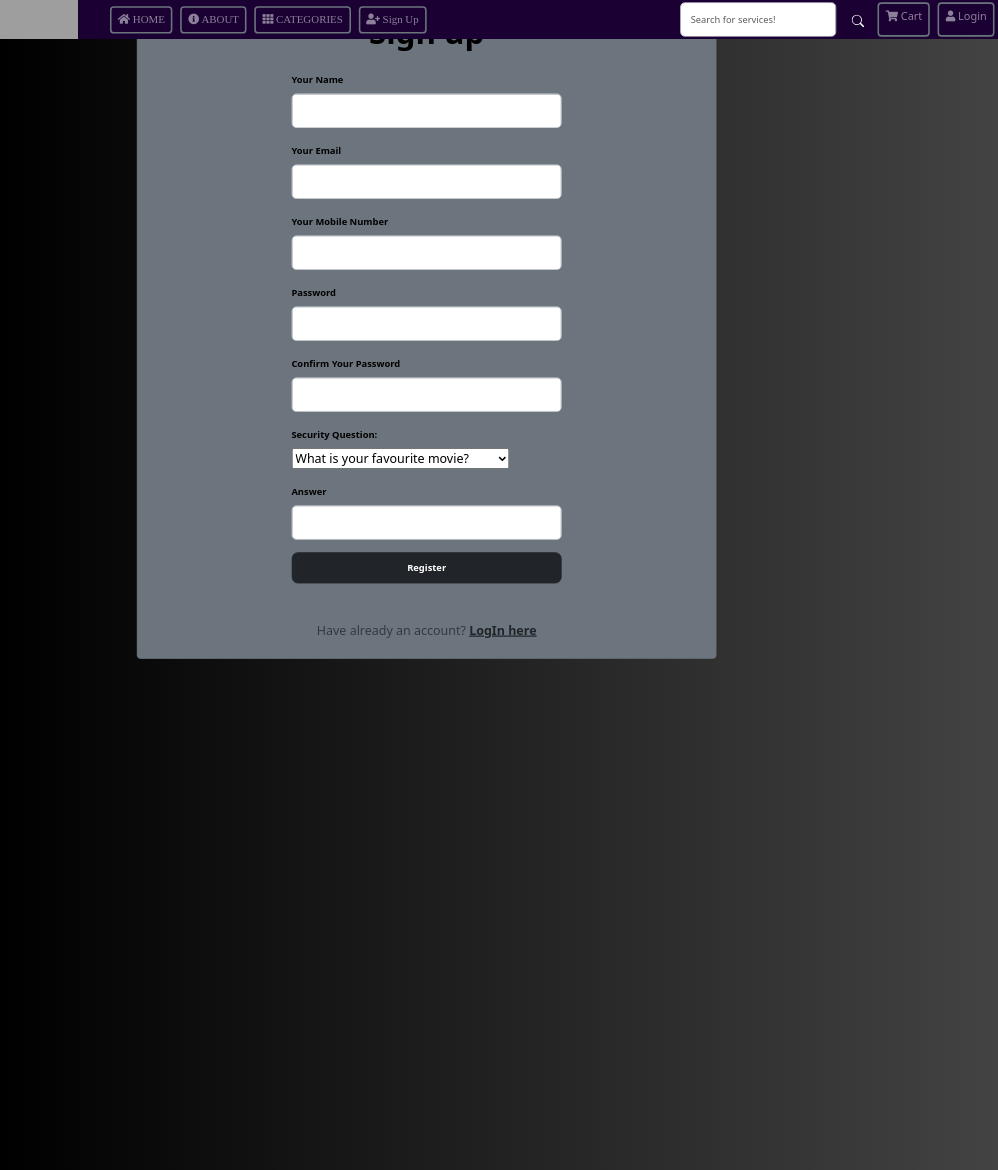
Repository: Ishanibmk/MOVIOT---An-OTT-Platform-using-Java-and-Springboot
Page: http://localhost/OTT/WEB-INF/view/signup.jsp
An editor plug-in stored every save of this project. The page is shown before and after the next save, followed by the edit.
The browser window is 1280 px wide. The pictures show the whole page, at 78% of full size.
Pictures or frames that could not be fetched are drawn as grey boxes. Some web libraries are served in a nearby version. The page is served by Tomcat 9. Nobody is signed in. Other server files are loaded and not shown. The template is opened directly, without the code that normally fills it, so the values that code supplies are empty.

Above is the page before, as saved 2024-03-02 14:19:35.

### Moviot/MOVIOT-main/ott/OTT/src/main/webapp/WEB-INF/view/signup.jsp
<%@ page language="java" contentType="text/html; charset=ISO-8859-1"
    pageEncoding="ISO-8859-1"%>
<jsp:include page="index_header.jsp" />
<!doctype html>
<html lang="en">
<head>
    <meta charset="utf-8">
    <meta name="viewport" content="width=device-width, initial-scale=1">
    <title>Registration Form For User</title>
    <link href="https://cdn.jsdelivr.net/npm/bootstrap@5.3.0-alpha1/dist/css/bootstrap.min.css" rel="stylesheet"
          integrity="sha384-GLhlTQ8iRABdZLl6O3oVMWSktQOp6b7In1Zl3/Jr59b6EGGoI1aFkw7cmDA6j6gD" crossorigin="anonymous">
    <style>
        body {
            background: linear-gradient(to right, #000000, #434343); /* Gradient background */
            color: #ffffff; /* White text color */
            min-height: 100vh; /* Ensure the background covers the full viewport height */
            margin: 0; /* Remove default margin */
            padding-top: 50px; /* Add padding on top */
        }
        .form-container {
            display: flex;
            justify-content: center;
            align-items: center;
            height: calc(100vh - 50px); /* Full viewport height minus padding */
        }
        .card {
        padding-top: 50px;
            max-width: calc(16vh * 9); /* Set maximum width for the card based on 9:16 ratio */
            width: 80%; /* Adjust the width of the card */
        }
        .form-label {
            font-size: 12px; /* Adjust font size of form labels */
        }
        .form-control {
            font-size: 12px; /* Adjust font size of form input fields */
            padding: 12px; /* Adjust padding of form input fields */
        }
        .btn-lg {
            font-size: 12px; /* Adjust font size of buttons */
            padding: 10px 20px; /* Adjust padding of buttons */
        }
    </style>
</head>
<body>
<section class="form-container">
    <div class="col-lg-12 col-xl-9" >
        <div class="card text-black bg-secondary">
            <div class="card-body p-md-4">
                <div class="row justify-content-center">
                    <div class="col-md-10 col-lg-8 col-xl-7 order-2 order-lg-1">
                        <p class="text-center h1 fw-bold mb-4 mx-1 mx-md-4 mt-3"><b>Sign up</b></p>
                        <form action="regprocess" method="post" class="mx-1 mx-md-4">




                            <div class="mb-3">
                                <label for="validationDefault01" class="form-label"><b>Your Name</b></label>
                                <input type="text" id="validationDefault01" name="uname" class="form-control" required/>
                            </div>
                            <div class="mb-3">
                                <label class="form-label" for="form3Example3c"><b>Your Email</b></label>
                                <input type="email" id="form3Example3c" name="uemail" class="form-control"/>
                            </div>
                            <div class="mb-3">
                                <label class="form-label" for="form3Example3c"><b>Your Mobile Number</b></label>
                                <input type="mobile" id="form3Example3c" name="uphno" class="form-control"/>
                            </div>
                            <div class="mb-3">
                                <label class="form-label" for="form3Example4c"><b>Password</b></label>
                                <input type="password" id="form3Example4c" name="upass" class="form-control"/>
                            </div>
                            <div class="mb-3">
                                <label class="form-label" for="form3Example4cd"><b>Confirm Your Password</b></label>
                                <input type="password" id="form3Example4cd" name="conpass" class="form-control"/>
                            </div>
                            <div class="mb-3">
                                <label class="form-label" for="form3Example4cd"><b>Security Question:</b></label>
                                <select name="SecurityQuestion" class="backup" required>
                                    <option value="What was the name of your childhood friend?">What is your favourite movie?</option>
                                    <option value="What was the name of your first car?">Which movie makes you cry?</option>
                                    <option value="What is your favourate food?">What movie makes you feel good?</option>
                                </select>
                            </div>
                            <div class="mb-3">
                                <label class="form-label" for="form3Example4cd"><b>Answer</b></label>
                                <input type="text" id="form3Example4cd" name="uans" class="form-control"/>
                            </div>
                            <div class="d-grid gap-2">
                                <button type="submit" class="btn btn-dark btn-lg"><b>Register</b></button>
                            </div>
                            <p class="text-center text-muted mt-5 mb-0">Have already an account? <a href='login.jsp'
                                                                                                    class="fw-bold text-body"><u>LogIn
                                    here</u></a></p>
                        </form>
                    </div>
                </div>
            </div>
        </div>
    </div>
</section>


<script src="https://cdn.jsdelivr.net/npm/bootstrap@5.3.0-alpha1/dist/js/bootstrap.bundle.min.js"
        integrity="sha384-w76AqPfDkMBDXo30jS1Sgez6pr3x5MlQ1ZAGC+nuZB+EYdgRZgiwxhTBTkF7CXvN"
        crossorigin="anonymous"></script>
</body>
</html>

### Moviot/MOVIOT-main/ott/OTT/src/main/webapp/WEB-INF/view/index_header.jsp
<!DOCTYPE html>
<html lang="en">
<head>
  <title>OTT PLATFORM</title>
  <meta charset="utf-8">
  <meta name="viewport" content="width=device-width, initial-scale=1">
  <link rel="stylesheet" href="https://maxcdn.bootstrapcdn.com/bootstrap/4.0.0-beta.2/css/bootstrap.min.css">
  <script src="https://ajax.googleapis.com/ajax/libs/jquery/3.2.1/jquery.min.js"></script>
  <script src="https://cdnjs.cloudflare.com/ajax/libs/popper.js/1.12.6/umd/popper.min.js"></script>
  <script src="https://maxcdn.bootstrapcdn.com/bootstrap/4.0.0-beta.2/js/bootstrap.min.js"></script>
  <!-- Add Font Awesome CDN -->
  <link rel="stylesheet" href="https://cdnjs.cloudflare.com/ajax/libs/font-awesome/5.15.4/css/all.min.css">
  <style>
    /* Custom CSS for navbar styling */
    .navbar {
      background-color: hsl(270, 100%, 10%); /* Dark background color */
      height: 50px; /* Adjust the height as needed */
    }
    .navbar-brand img {
      margin-right: 20px; /* Adjust as needed */
    }
    .navbar-nav .nav-item {
      border: 2px solid #6c757d; /* Gray border */
      border-radius: 5px;
      margin: 0 5px;
    }
    .navbar-nav .nav-link {
      padding: 5px 10px; /* Adjust padding */
      font-size: 14px; /* Adjust font size */
      color: #fff; /* White text color */
    }
    .navbar-nav .nav-item:hover .nav-link {
      background-color: black; /* Gray background color */
    }
    .navbar-nav .form-control {
      margin-right: 10px; /* Adjust as needed */
    }
    .navbar-nav .btn-outline-light {
      color: #fff; /* White text color */
    }
  </style>
</head>
<body style="height:1500px">
<nav class="navbar navbar-expand-sm navbar-dark fixed-top">
  <a class="navbar-brand" href="#"><img src="https://static.vecteezy.com/system/resources/previews/002/700/780/original/neon-cinema-film-in-purple-and-violet-color-illustration-of-cinema-film-with-play-icon-consisting-of-neon-outlines-with-backlight-on-the-dark-brick-wall-background-vector.jpg" width="100" height="50"> </a>
  <ul class="navbar-nav mr-auto">
    <li class="nav-item">
      <a class="nav-link" href="index" style="font-family: Nunito;"><i class="fas fa-home"></i> HOME</a>
    </li>
    <li class="nav-item">
      <a class="nav-link" href="about" style="font-family: Nunito;"><i class="fas fa-info-circle"></i> ABOUT</a>
    </li>
    <li class="nav-item">
      <a class="nav-link" href="catagory" style="font-family: Nunito;"><i class="fas fa-th"></i> CATEGORIES</a>
    </li>
    <li class="nav-item">
      <a class="nav-link" href="signup" style="font-family: Nunito;"><i class="fas fa-user-plus"></i> Sign Up</a>
    </li>
  </ul>
  <ul class="navbar-nav ml-auto">
    <form class="form-inline my-2 my-lg-0">
      <input class="form-control mr-sm-2" type="search" placeholder="Search for services!" aria-label="Search">
      <button class="btn btn-outline-light my-2 my-sm-0" type="submit" style="border: none;">
        <svg xmlns="http://www.w3.org/2000/svg" width="16" height="16" fill="currentColor" class="bi bi-search" viewBox="0 0 16 16">
          <path d="M11.742 10.344a6.5 6.5 0 1 0-1.397 1.398h-.001c.03.04.062.078.098.115l3.85 3.85a1 1 0 0 0 1.415-1.414l-3.85-3.85a1.007 1.007 0 0 0-.115-.1zM12 6.5a5.5 5.5 0 1 1-11 0 5.5 5.5 0 0 1 11 0z"/>
        </svg>
      </button>
    </form>
    <li class="nav-item">
      <a class="nav-link" href="#"><i class="fas fa-shopping-cart"></i> Cart</a>
    </li>
    <li class="nav-item">
      <a class="nav-link" href="#"><i class="fas fa-user"></i> Login</a>
    </li>
  </ul>
</nav>
</body>
</html>

After the next save:
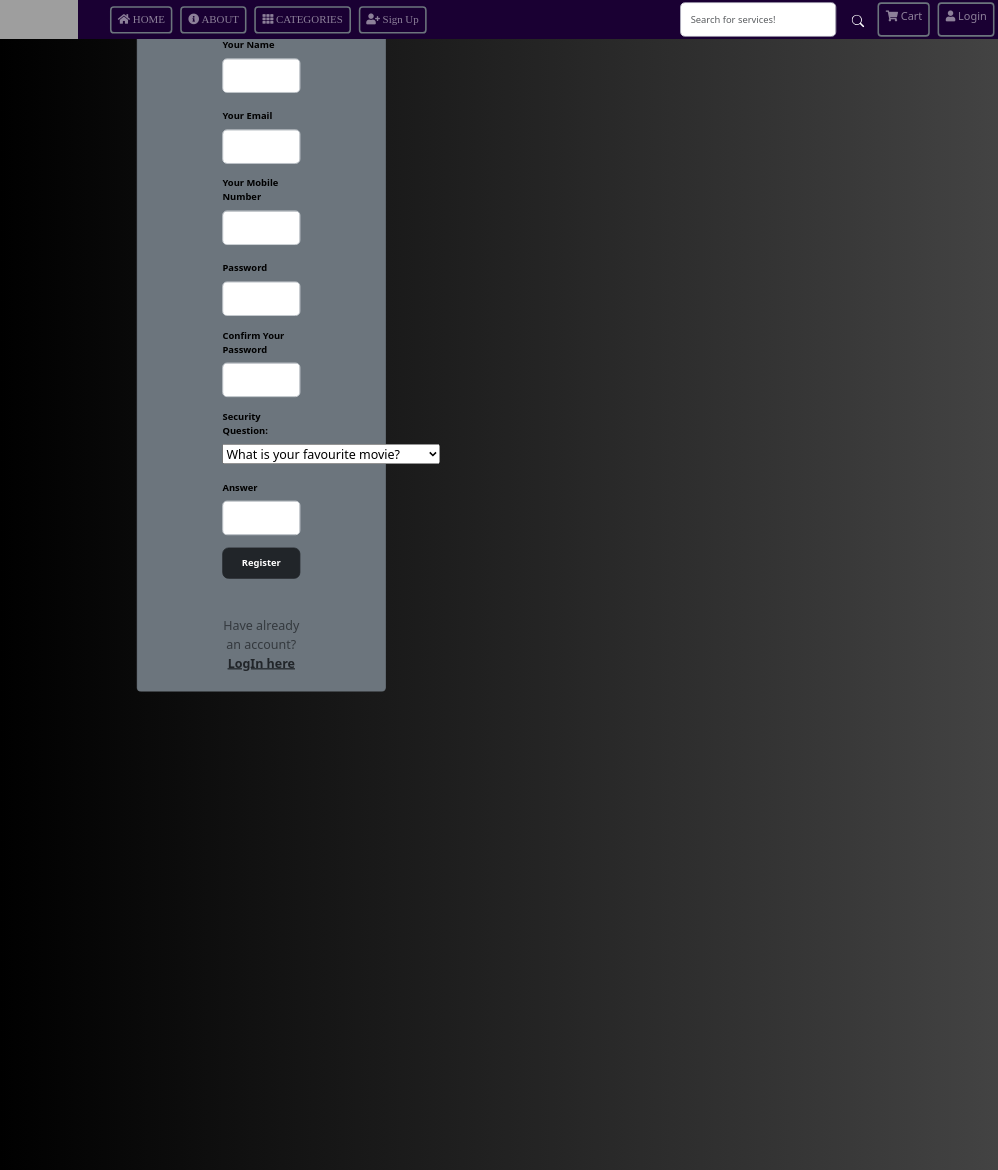
Saved 2 min 17 s later.
--- a/Moviot/MOVIOT-main/ott/OTT/src/main/webapp/WEB-INF/view/signup.jsp
+++ b/Moviot/MOVIOT-main/ott/OTT/src/main/webapp/WEB-INF/view/signup.jsp
@@ -23,9 +23,8 @@
             align-items: center;
             height: calc(100vh - 50px); /* Full viewport height minus padding */
         }
-        .card {
-        padding-top: 50px;
-            max-width: calc(16vh * 9); /* Set maximum width for the card based on 9:16 ratio */
+         .card {
+            max-width: 320px; /* Set maximum width for the card */
             width: 80%; /* Adjust the width of the card */
         }
         .form-label {
